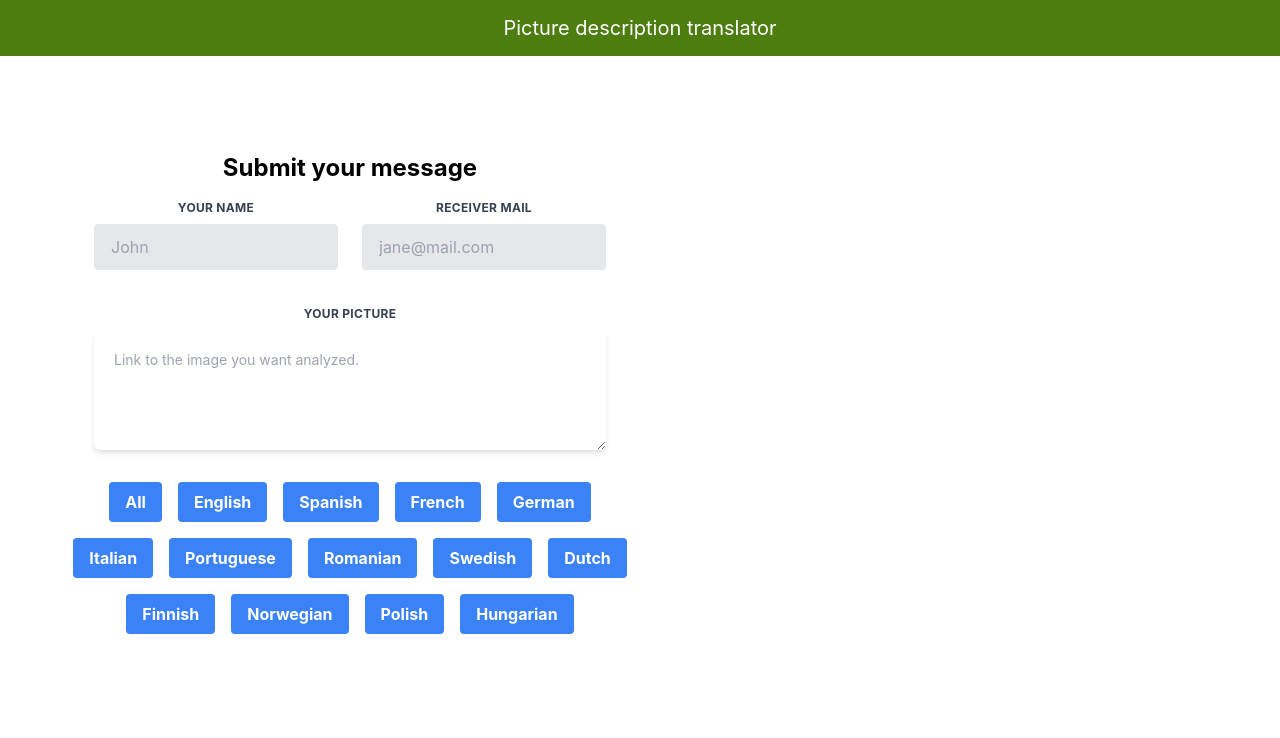
Repository: daliamsr/CloudComputing-Front
Page: /
An editor plug-in stored every save of this project. The page is shown before and after the next save, followed by the edit.
The browser window is 1280 px wide. The pictures show the whole page.
The project was rebuilt for these pictures with package versions that can differ from the ones it lists, and the page was loaded fresh each time.

Above is the page before, as saved 2022-05-09 23:47:03.

### src/index.css
@tailwind base;
@tailwind components;
@tailwind utilities;

@layer base{

}
@layer components {
  .example-class{
    @apply flex mb-10;
  }
}
@layer utilities{

}
body {
  margin: 0;
  font-family: -apple-system, BlinkMacSystemFont, 'Segoe UI', 'Roboto', 'Oxygen',
    'Ubuntu', 'Cantarell', 'Fira Sans', 'Droid Sans', 'Helvetica Neue',
    sans-serif;
  -webkit-font-smoothing: antialiased;
  -moz-osx-font-smoothing: grayscale;
}

code {
  font-family: source-code-pro, Menlo, Monaco, Consolas, 'Courier New',
    monospace;
}

### src/App.js
import './App.css';
import MainPage from './Javascript/Components/MainPage';

function App() {
  return (
    <div className="App">
      <MainPage />
    </div>
  );
}

export default App;

### src/Javascript/Components/MainPage.jsx
import React from 'react';

import Header from './Header';
import MessagesSubmit from './MessagesSubmit';

function MainPage() {
    return (
        <div id="MainPage">
            <Header />
                <div className="flex max-w-7xl m-auto px-10 py-24">
                    <div className='w-1/2 pl-5' align='center'>
                        <MessagesSubmit />
                    </div>
                </div>
        </div>
    );
}

export default MainPage;

### src/Javascript/Components/Header.jsx
import React from 'react';

function Header() {
    return (
        <header className='h-14 bg-lime-700 flex justify-center'>
            <span className='self-center text-white text-bold text-xl'>Picture description translator</span>
        </header>
     );
}

export default Header;

### src/Javascript/Components/MessagesSubmit.jsx
// MessagesSubmit.jsx
import React from 'react';
import axios from 'axios';
import { LANGUAGES_ARRAY, DEFAULT_MAIL } from '../utils/constants';

function MessagesSubmit() {

    const handleMessageSend = async (e) => {
        const language = e.target.value;
        const senderName = document.getElementById('senderName').value;
        const receiverMail = document.getElementById('receiverMail').value;
        const messageContent = `${process.env.REACT_APP_API_URL}/labels`;

        try {
            let response = await axios.post(
                `${process.env.REACT_APP_API_URL}/messages/foreign`,
                {
                    language,
                    senderName,
                    senderMail: DEFAULT_MAIL,
                    receiverMail,
                    messageContent
                });

                if(response.status === 200) {
                    alert(`Your original messages was in ${response.data.translationData.originalLanguage}. \nMessage sent: ${response.data.translationData.translatedText}`);
                }
        }
        catch (error) {
            alert('Something went wrong');
            console.log(error);
        }
    }

    return (
        <div id="MessagesSubmit">
            <div className='text-2xl font-bold mb-4'>Submit your message</div>
            <form className="w-full max-w-lg">
                <div className="flex flex-wrap -mx-3 mb-6">
                    <div className="w-full md:w-1/2 px-3 mb-6 md:mb-0">
                        <label className="block uppercase tracking-wide text-gray-700 text-xs font-bold mb-2" htmlFor="senderName">
                            Your name
                        </label>
                        <input className="appearance-none block w-full bg-gray-200 text-gray-700 border rounded py-3 px-4 mb-3 leading-tight focus:outline-none focus:bg-white" id="senderName" type="text" placeholder="John" />
                    </div>
                    <div className="w-full md:w-1/2 px-3">
                    <label className="block uppercase tracking-wide text-gray-700 text-xs font-bold mb-2" htmlFor="receiverMail">
                            Receiver mail
                        </label>
                        <input className="appearance-none block w-full bg-gray-200 text-gray-700 border rounded py-3 px-4 mb-3 leading-tight focus:outline-none focus:bg-white" id="receiverMail" type="text" placeholder="jane@mail.com" />
                    </div>
                </div>
                <div className="flex flex-wrap -mx-3 mb-6">
                    <div className="w-full md:w-full px-3 mb-6 md:mb-0">
                        <label className="block uppercase tracking-wide text-gray-700 text-xs font-bold mb-2" htmlFor="messageContent">
                            Your picture
                        </label>
                        <textarea
                            rows={4}
                            name="comment"
                            id="messageContent"
                            className="shadow-md focus:ring-indigo-500 focus:border-indigo-500 block w-full sm:text-sm border-gray-800 rounded-md p-5"
                            placeholder={'Link to the image you want analyzed.'} />
                    </div>
                </div>
            </form>

            {/* Create a button for each language from LANGUAGES_ARRAY */}
            {LANGUAGES_ARRAY.map((language, index) => {
                return (
                    <button
                        key={index}
                        className="bg-blue-500 hover:bg-blue-700 text-white font-bold py-2 px-4 rounded m-2 capitalize"
                        onClick={handleMessageSend}
                        value={language}>
                        {language.toLowerCase()}
                    </button>
                )
            })}
        </div>
    );
}

export default MessagesSubmit;

### src/Javascript/utils/constants.js
export const LANGUAGES_ARRAY = [
  'ALL',
  'ENGLISH',
  'SPANISH',
  'FRENCH',
  'GERMAN',
  'ITALIAN',
  'PORTUGUESE',
  'ROMANIAN',
  'SWEDISH',
  'DUTCH',
  'FINNISH',
  'NORWEGIAN',
  'POLISH',
  'HUNGARIAN',
];

export const DEFAULT_MAIL = 'daliamusuroi7@gmail.com';

Loaded but not shown: public/index.html (common file); src/index.js (common file); src/reportWebVitals.js (common file); src/App.css (common file); tailwind.config.js (common file)

After the next save:
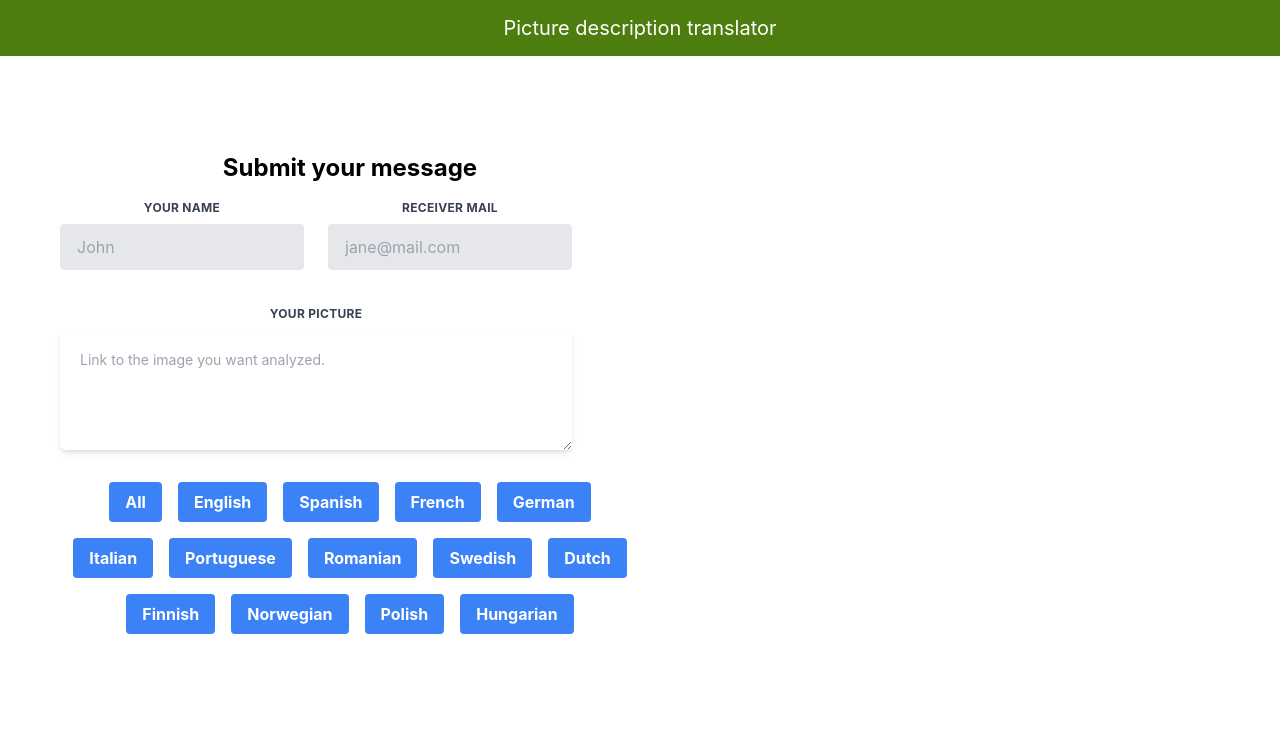
Saved 2 min 59 s later.
--- a/src/Javascript/Components/MainPage.jsx
+++ b/src/Javascript/Components/MainPage.jsx
@@ -8,7 +8,7 @@ function MainPage() {
         <div id="MainPage">
             <Header />
                 <div className="flex max-w-7xl m-auto px-10 py-24">
-                    <div className='w-1/2 pl-5' align='center'>
+                    <div className='w-1/2 pl-5'>
                         <MessagesSubmit />
                     </div>
                 </div>
